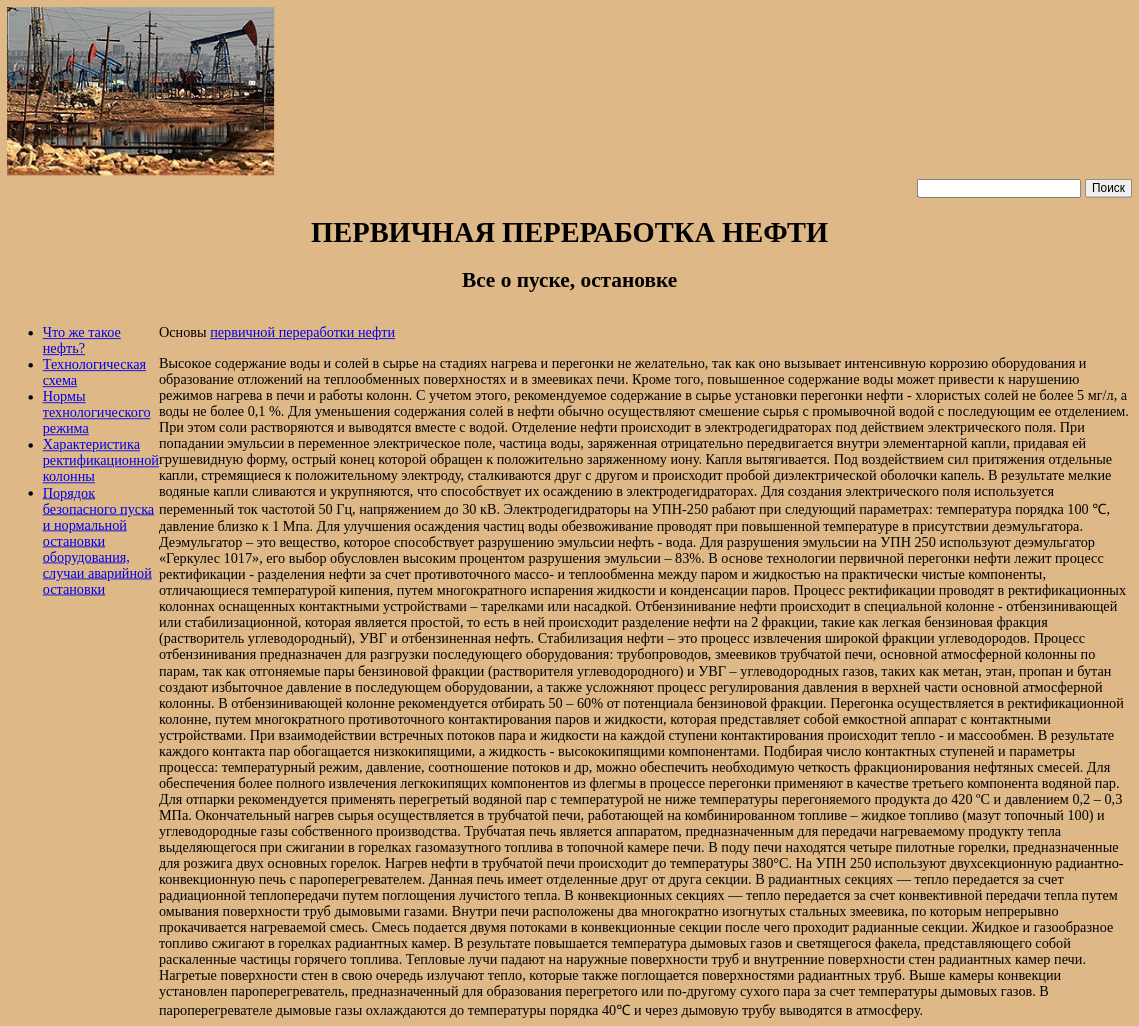
Repository: NastyaSeleznev/NastyaSeleznev.githab.io
Page: week1/por.html
The author's editor kept a record of every edit. The page is drawn from the files as they stood at one moment, then again after the next edit.
The browser window is 1280 px wide. The pictures show the whole page, at 89% of full size.

Above is the page before.

After the next edit:
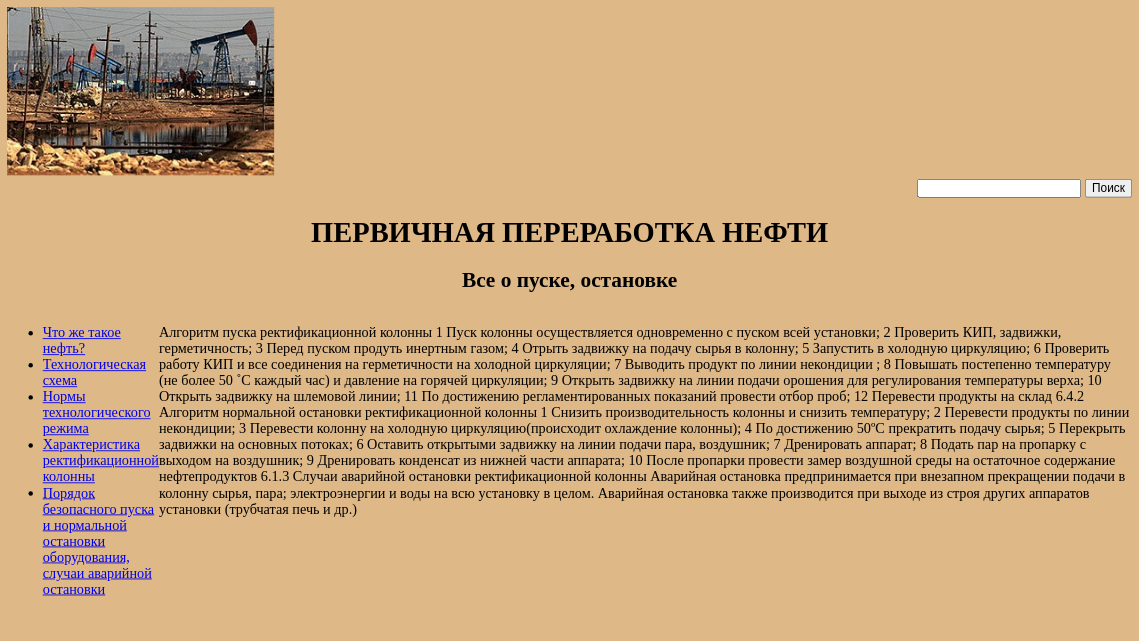
The edit:
--- a/week1/por.html
+++ b/week1/por.html
@@ -26,35 +26,36 @@
 	</ul>
 	</nav>
 				<main>
-			<p>Основы <a href="https://ds03.infourok.ru/uploads/ex/0b51/000527e8-bca75ad9/640/img19.jpg">первичной переработки нефти</a></p>
-			Высокое содержание воды и солей в сырье на стадиях нагрева и перегонки не желательно, так как оно вызывает интенсивную коррозию оборудования и образование отложений на теплообменных поверхностях и в змеевиках печи. Кроме того, повышенное  содержание воды может  привести к нарушению режимов нагрева в печи  и работы колонн.
-С учетом этого, рекомендуемое содержание в сырье установки перегонки нефти - хлористых солей не более 5 мг/л,  а воды не более 0,1 %.
-Для уменьшения содержания солей в нефти обычно осуществляют смешение сырья с промывочной водой с последующим ее отделением. При этом соли растворяются и выводятся вместе с водой.
-Отделение нефти происходит в электродегидраторах под действием электрического поля.
-При попадании эмульсии в переменное электрическое поле, частица воды, заряженная отрицательно передвигается внутри элементарной капли, придавая ей грушевидную форму, острый конец которой обращен к положительно заряженному иону. Капля вытягивается. Под воздействием сил притяжения отдельные капли, стремящиеся к положительному электроду, сталкиваются друг с другом и происходит пробой диэлектрической оболочки капель. В результате мелкие водяные капли сливаются и укрупняются, что способствует их осаждению  в электродегидраторах. Для создания электрического поля используется переменный ток частотой 50 Гц, напряжением до 30 кВ. Электродегидраторы на УПН-250 рабают при следующий параметрах: температура  порядка 100 ℃, давление близко к 1 Мпа.
-Для улучшения осаждения частиц воды обезвоживание проводят при повышенной температуре в присутствии деэмульгатора.
-Деэмульгатор – это вещество, которое способствует разрушению эмульсии нефть - вода. Для разрушения эмульсии на УПН 250 используют деэмульгатор «Геркулес 1017», его выбор обусловлен высоким процентом разрушения эмульсии – 83%.
-В основе технологии первичной перегонки нефти лежит процесс ректификации - разделения нефти за счет противоточного массо- и теплообменна между паром и жидкостью на практически чистые компоненты, отличающиеся температурой кипения, путем многократного испарения жидкости и конденсации паров.
-Процесс ректификации проводят в ректификационных колоннах оснащенных контактными устройствами – тарелками или насадкой.
-Отбензинивание нефти происходит в специальной колонне - отбензинивающей или стабилизационной, которая является простой, то есть в ней происходит разделение нефти на 2 фракции, такие как легкая бензиновая фракция (растворитель углеводородный), УВГ и отбензиненная нефть.
-Стабилизация нефти – это процесс извлечения широкой фракции углеводородов.
-Процесс отбензинивания предназначен для разгрузки последующего оборудования: трубопроводов, змеевиков трубчатой печи, основной атмосферной колонны по парам, так как отгоняемые пары бензиновой фракции (растворителя углеводородного) и УВГ – углеводородных газов, таких как метан, этан, пропан и бутан создают избыточное давление в последующем оборудовании, а также усложняют процесс регулирования давления в верхней части основной атмосферной колонны.
-В отбензинивающей колонне рекомендуется отбирать 50 – 60% от потенциала бензиновой фракции.
-Перегонка осуществляется в ректификационной колонне, путем многократного противоточного контактирования паров и жидкости, которая представляет собой емкостной аппарат с контактными устройствами.
- При взаимодействии встречных потоков пара и жидкости на каждой ступени контактирования происходит тепло - и массообмен. В результате каждого контакта пар обогащается низкокипящими, а жидкость - высококипящими компонентами.
-Подбирая число контактных ступеней и параметры процесса: температурный режим, давление, соотношение потоков и др, можно обеспечить необходимую четкость фракционирования нефтяных смесей.
-Для обеспечения более полного извлечения легкокипящих компонентов из флегмы в процессе перегонки применяют в качестве третьего компонента водяной пар.
-Для отпарки рекомендуется применять перегретый водяной пар с температурой не ниже температуры перегоняемого продукта до 420 ºС и давлением 0,2 – 0,3 МПа.
-Окончательный нагрев сырья осуществляется в трубчатой печи, работающей на комбинированном топливе – жидкое топливо (мазут топочный 100) и углеводородные газы собственного производства.
-Трубчатая печь является аппаратом, предназначенным для передачи нагреваемому продукту тепла выделяющегося при сжигании в горелках  газомазутного топлива в топочной камере печи.
-В поду печи находятся четыре пилотные горелки, предназначенные для розжига двух основных горелок.
-Нагрев нефти в трубчатой печи происходит до температуры 380°С.
-На УПН 250 используют двухсекционную радиантно-конвекционную печь с пароперегревателем. Данная печь имеет отделенные друг от друга секции. В радиантных секциях — тепло передается за счет радиационной теплопередачи путем поглощения лучистого тепла.
-В конвекционных секциях — тепло передается за счет конвективной передачи тепла путем омывания поверхности труб дымовыми газами.
- Внутри печи расположены два многократно изогнутых стальных змеевика, по которым непрерывно прокачивается нагреваемой смесь. Смесь подается двумя потоками  в конвекционные секции после чего проходит радианные секции. Жидкое и газообразное топливо сжигают в горелках радиантных камер.
-В результате повышается температура дымовых газов и светящегося факела, представляющего собой раскаленные частицы горячего топлива.
-Тепловые лучи падают на наружные поверхности труб и внутренние поверхности стен радиантных камер печи. Нагретые поверхности стен в свою очередь излучают тепло, которые также поглощается поверхностями радиантных труб.
-Выше камеры конвекции установлен пароперегреватель, предназначенный для образования перегретого или по-другому сухого пара за счет температуры дымовых газов. В пароперегревателе дымовые газы охлаждаются до температуры порядка 40℃ и через дымовую трубу выводятся в атмосферу.
+			<p> Алгоритм пуска ректификационной колонны
+1	Пуск колонны осуществляется одновременно с пуском всей установки;
+2	Проверить КИП, задвижки, герметичность;
+3	Перед пуском продуть инертным газом;
+4	Отрыть задвижку на подачу сырья в колонну;
+5	Запустить в холодную циркуляцию;
+6	Проверить работу КИП и все соединения на герметичности на холодной
+циркуляции;
+7	Выводить продукт по линии некондиции ;
+8	Повышать постепенно температуру (не более 50 ˚С каждый час) и давление на горячей циркуляции;
+9	Открыть задвижку на линии подачи орошения для регулирования температуры верха;
+10	 Открыть задвижку на шлемовой линии;
+11	 По достижению регламентированных показаний провести отбор проб;
+12	 Перевести продукты на склад
+6.4.2 Алгоритм нормальной остановки ректификационной колонны
+1	Снизить производительность колонны и снизить температуру;
+2	Перевести продукты по линии некондиции;
+3	Перевести колонну на холодную циркуляцию(происходит охлаждение
+колонны);
+4	По достижению 50ºС прекратить подачу сырья;
+5	Перекрыть задвижки на основных потоках;
+6	Оставить открытыми задвижку на линии подачи пара, воздушник;
+7	Дренировать аппарат;
+8	Подать пар на пропарку с выходом на воздушник;
+9	 Дренировать конденсат из нижней части аппарата;
+10	 После пропарки провести замер воздушной среды на остаточное
+содержание нефтепродуктов
+ 6.1.3 Случаи аварийной остановки ректификационной колонны
+ Аварийная остановка предпринимается при внезапном прекращении подачи  в колонну сырья, пара; электроэнергии и воды на всю установку в целом. Аварийная остановка также производится при выходе из строя других аппаратов установки (трубчатая печь и др.)
+
 
 
 			</main>
